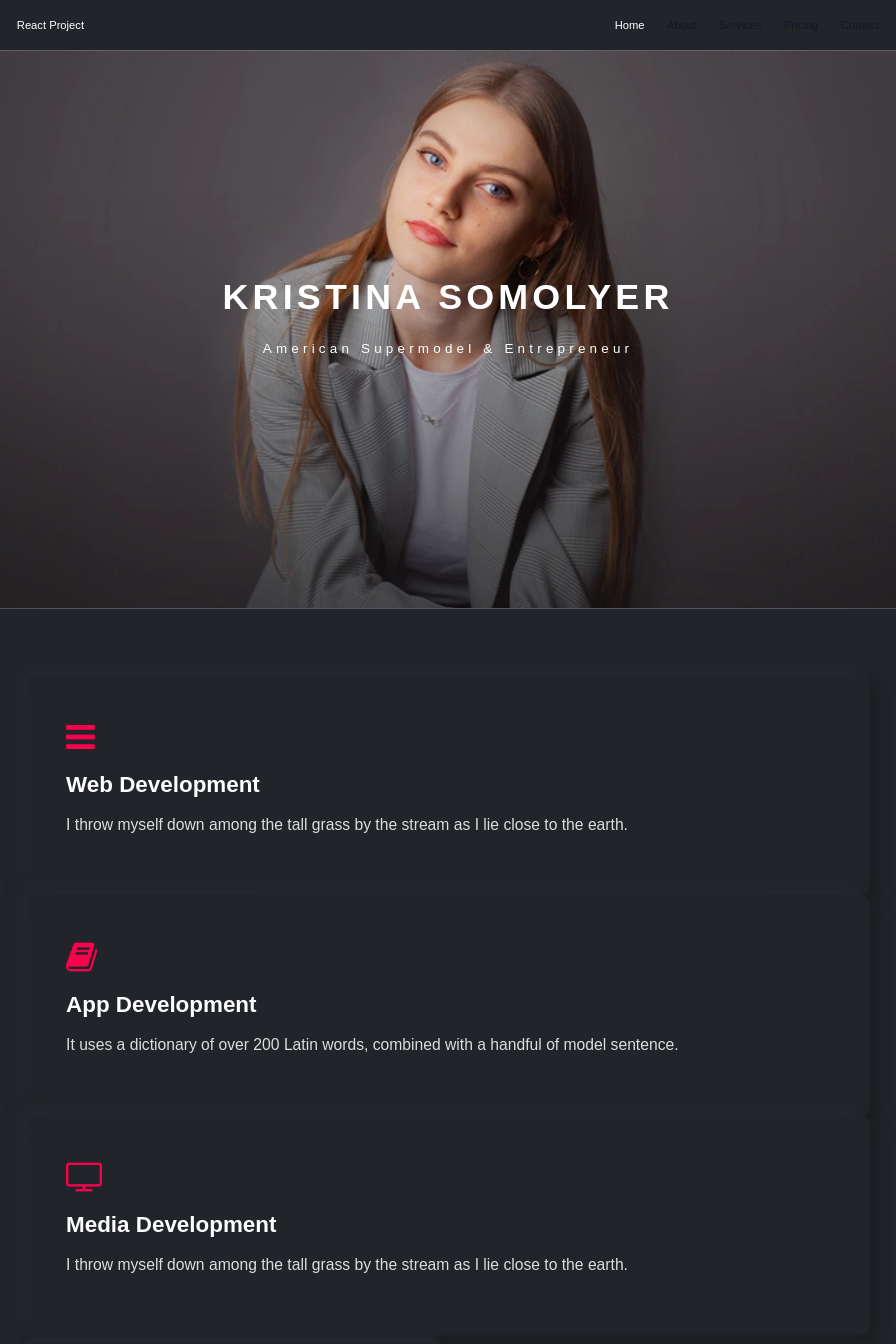
Repository: arminprogramme/inbio
Page: /
These files come from the project's save history. The page is drawn as it stood at one moment and after the next save; the edit follows.
The browser window is 1280 px wide. The pictures show the part of the page from y = 0 to 1920 px (the page is 2715 px tall before and 720 px after), at 70% of full size.
Some web libraries are served in a nearby version. The project was rebuilt for these pictures with package versions that can differ from the ones it lists, and the page was loaded fresh each time. Also part of the build but not shown: vite.config.js.

Above is the page before, as saved 2023-10-20 03:56:52.

### index.html
<!doctype html>
<html lang="en">

<head>
    <meta charset="UTF-8" />
    <link rel="icon" type="image/svg+xml" href="/vite.svg" />
    <link rel="stylesheet" href="https://cdnjs.cloudflare.com/ajax/libs/font-awesome/4.7.0/css/font-awesome.min.css">
    <link href="https://cdnjs.cloudflare.com/ajax/libs/flowbite/1.8.1/flowbite.min.css" rel="stylesheet" />
    <meta name="viewport" content="width=device-width, initial-scale=1.0" />
    <title>Vite + React</title>
</head>

<body>
    <div id="root"></div>
    <script src="https://cdnjs.cloudflare.com/ajax/libs/flowbite/1.8.1/flowbite.min.js"></script>
    <script type="module" src="/src/main.jsx"></script>
</body>

</html>

### src/App.jsx
import   { Component } from 'react';
import LandingPage from './Component/LandingPage.jsx'
import './App.css'

class App extends Component {


  render() {
    return (
    <div>
      <LandingPage />
    </div>
    );
  }


}

export default App;

### src/index.css
:root {
    font-family: Inter, system-ui, Avenir, Helvetica, Arial, sans-serif;
}

a {
    font-weight: 500;
    color: #646cff;
    text-decoration: inherit;
}

* {
    padding: 0;
    margin: 0;
    box-sizing: border-box;
}

@tailwind base;
@tailwind components;
@tailwind utilities;
a:hover {
    color: #535bf2;
}

body {
    margin: 0;
    font-family: 'Vazir', sans-serif;
}

h1 {
    font-size: 3.2em;
    line-height: 1.1;
}

@media (prefers-color-scheme: light) {
     :root {
        color: #213547;
        background-color: #ffffff;
    }
    a:hover {
        color: #747bff;
    }
    button {
        background-color: #f9f9f9;
    }
}

### src/Component/LandingPage.jsx
import  { Component } from 'react';
import Header from './Header/Header.jsx'
import Body from './Body/Body.jsx'
//import Footer from './Footer/Footer.jsx'
class LandingPage extends Component {
    render() {
        return (
            <div>
                <Header/>
                <Body/>

            </div>
        );
    }
}

export default LandingPage;

### src/Component/Header/Header.jsx
import  { Component } from 'react';
import NavBar from './Navbar.jsx'
import './Header.css'
class Header extends Component {
    render() {
        return (
            <div>
                <NavBar/>
                <div className="banner-header text-center">
                    <h1 className='font-bold text-white'>KRISTINA SOMOLYER</h1>
                    <p>American Supermodel & Entrepreneur</p>
                </div>
            </div>
        );
    }
}

export default Header;

### src/Component/Body/Body.jsx
import  { Component } from 'react';
import Services from './Services/Services.jsx'
import About from './About/About.jsx'
import './Body.css'
class Body extends Component {
    render() {
        return (
            <>
            <div className='black-bg '>
                <div className="limit-width">
                    <Services/>
                    <About/>
                </div>
            </div>
            </>
        );
    }
}

export default Body;

### src/Component/Header/Navbar.jsx
import  { Component } from 'react';

class Navbar extends Component {
    render() {
        return (
            <div>

<nav className=" black-bg">
  <div className="max-w-screen-xl flex flex-wrap items-center justify-between mx-auto p-6">
    <a href="https://.com/" className="flex items-center">
       <h2 className='text-white'>React Project</h2>
    </a>
    <button data-collapse-toggle="navbar-default" type="button"  className="inline-flex items-center p-2 w-10 h-10 justify-center text-sm text-white rounded-lg md:hidden " aria-controls="navbar-default" aria-expanded="false">
    <i className="fa fa-bars text-white"></i>

    </button>
    <div className="hidden w-full md:block md:w-auto" id="navbar-default">
      <ul className="font-medium flex flex-col p-4 md:p-0 mt-4 border border-gray-100 rounded-lg text-white md:flex-row md:space-x-8 md:mt-0 md:border-0 black-bg">
        <li>
          <a href="#" className="block py-2 pl-3 pr-4 text-white md:hover:text-gray-700 dark:text-white md:dark:hover:text-gray-500 rounded md:bg-transparent md:p-0 " aria-current="page">Home</a>
        </li>
        <li>
          <a href="#" className="block py-2 pl-3 pr-4 text-gray-900 rounded hover:bg-gray-100 md:hover:bg-transparent md:border-0 md:hover:text-gray-700 md:p-0 dark:text-white md:dark:hover:text-gray-500 dark:hover:bg-gray-700 dark:hover:text-white md:dark:hover:bg-transparent">About</a>
        </li>
        <li>
          <a href="#" className="block py-2 pl-3 pr-4 text-gray-900 rounded md:hover:text-gray-700 md:p-0 dark:text-white md:dark:hover:text-gray-500 dark:hover:bg-gray-700 dark:hover:text-white md:dark:hover:bg-transparent">Services</a>
        </li>
        <li>
          <a href="#" className="block py-2 pl-3 pr-4 text-gray-900 rounded hover:bg-gray-100 md:hover:bg-transparent md:border-0 md:hover:text-gray-700 md:p-0 dark:text-white md:dark:hover:text-gray-500 dark:hover:bg-gray-700 dark:hover:text-white md:dark:hover:bg-transparent">Pricing</a>
        </li>
        <li>
          <a href="#" className="block py-2 pl-3 pr-4 text-gray-900 rounded hover:bg-gray-100 md:hover:bg-transparent md:border-0md:hover:text-gray-700 md:p-0 dark:text-white md:dark:hover:text-gray-500 dark:hover:bg-gray-700 dark:hover:text-white md:dark:hover:bg-transparent">Contact</a>
        </li>
      </ul>
    </div>
  </div>
</nav>

            </div>
        );
    }
}

export default Navbar;

### src/Component/Header/Header.css
.black-bg {
    background-color: #212428;
}

.banner-header {
    background-image: url(../../../bg-image-12.webp);
    background-position: center;
    background-size: cover;
    padding: 20.25rem 0;
}

.banner-header h1 {
    letter-spacing: 6px;
    font-size: 3.2rem;
}

.banner-header p {
    letter-spacing: 6px;
    font-size: 1.2rem;
    padding: 2rem 0;
    color: #fff;
}

### src/Component/Body/Services/Services.jsx
import  { Component } from 'react';
import ServicesItem from './ServicesItem.jsx'
import './Services.css'
class Services extends Component {

    constructor(props){
        super(props)

        this.state = {
            services : [
                {id : 1 , icon : 'red-color fa fa-bars' , title : 'Web Development' , text : 'I throw myself down among the tall grass by the stream as I lie close to the earth.'},
                {id : 2 , icon : 'red-color fa fa-book' , title : 'App Development' , text : 'It uses a dictionary of over 200 Latin words, combined with a handful of model sentence.'},
                {id : 3 , icon : 'red-color fa fa-television' , title : 'Media Development' , text : 'I throw myself down among the tall grass by the stream as I lie close to the earth.'},
            ]
        }
    }
    render() {
        return (
            <div>
              <div className="grid  grid-cols-1 lg:grid-cols-3 gap-10">
              {this.state.services.map(services => {
                return <ServicesItem key={services.id} {...services} />
               })}
              </div>
            </div>
        );
    }
}

export default Services;

### src/Component/Body/About/About.jsx
import  { Component } from 'react';
import ButtonSpecial from '../Buttons/ButtonSpecial.jsx'
import   './About.css'
class About extends Component {

    constructor(props){
        super(props)

        this.state= {
            aboutButtonSp : 'Download My CV'
        }
    }
    render() {
        return (
            <div>
                <div className="about-container my-52 grid grid-cols-1 lg:grid-cols-2 gap-2">
                    <div className="img-about">
                        <div className="inner-img-about">
                            <img src="about-5.webp" className='rounded' alt="" />
                        </div>
                    </div>
                    <div className="content-about">
                        <h5 className='red-color'>VISIT MY PORTFOLIO & HIRE ME</h5>
                        <h2>About Me</h2>
                        <p>Lorem ipsum dolor sit amet, consectetur adipisicing elit. Eum in eos saepe ipsa cupiditate accusantium voluptatibus quidem nam, reprehenderit, et necessitatibus adipisci labore sit veritatis vero tempore sequi at sed facere dolore. Quae obcaecati ius quasi doloribus illum minus fugit.</p>
                        <p>Lorem ipsum dolor sit amet, consectetur adipisicing elit. Eum in eos saepe ipsa cupiditate accusantium voluptatibus quidem nam, reprehenderit,</p>

                       <div className="mx-2 button-about">
                       <ButtonSpecial/>
                       </div>
                    </div>
                </div>
            </div>
        );
    }
}

export default About;

### src/Component/Body/Body.css
.limit-width {
    max-width: 1450px;
    padding: 6rem 3% 3%;
    margin: auto;
}

### src/Component/Body/Services/ServicesItem.jsx
import { Component } from 'react';

class ServicesItem extends Component {
    render() {
        return (
            <div className='services-item'>
                <div className="icon-services">
                    <i className={this.props.icon}></i>
                </div>
                <div className="content-services">
                <h2 className='font-bold'>{this.props.title}</h2>
                <p>{this.props.text}</p>
                </div>
            </div>
        );
    }
}

export default ServicesItem;

### src/Component/Body/Services/Services.css
.icon-services i {
    font-size: 3rem;
}

.red-color {
    color: #f8024e;
}

.content-services {
    padding: 1.2rem 0;
    color: #FDFDFE;
}

.content-services h2 {
    font-size: 2rem;
    padding-bottom: 1rem;
}

.content-services p {
    line-height: 2.25rem;
    font-size: 1.4rem;
}

.services-item {
    border-radius: 12px;
    transition: 0.5s!important;
    padding: 4rem 3.5rem;
    background: #212428;
    box-shadow: 10px 10px 20px #1b1e21, -10px -10px 20px #272a2f;
    -webkit-transition: 0.5s!important;
    -moz-transition: 0.5s!important;
    -ms-transition: 0.5s!important;
    -o-transition: 0.5s!important;
    cursor: pointer;
}

.services-item:hover {
    border-radius: 12px;
    transform: translateY(-1.2rem);
    transition: 0.5s!important;
    background: linear-gradient(145deg, #23272b, #16171a);
    box-shadow: 10px 10px 13px #1b1e21, -10px -10px 13px #272a2f;
    -webkit-transition: 0.5s!important;
    -moz-transition: 0.5s!important;
    -ms-transition: 0.5s!important;
    -o-transition: 0.5s!important;
    -webkit-transform: translateY(-1.2rem);
    -moz-transform: translateY(-1.2rem);
    -ms-transform: translateY(-1.2rem);
    -o-transform: translateY(-1.2rem);
}

### src/Component/Body/Buttons/ButtonSpecial.jsx
import  { Component } from 'react';
import   './Buttons.css'
class ButtonSpecial extends Component {
    render() {
        return (
           <button className='sp-button red-color'>Submit</button>
        );
    }
}

export default ButtonSpecial;

### src/Component/Body/About/About.css
.inner-img-about,
.img-about {
    padding: 0.5rem;
    border-radius: 5px;
    max-width: 100%;
}

.inner-img-about {
    border-radius: 5px;
    background: #212428;
    box-shadow: 5px 5px 10px #17191c, -5px -5px 10px #2b2f34;
    -webkit-border-radius: 5px;
    -moz-border-radius: 5px;
    -ms-border-radius: 5px;
    -o-border-radius: 5px;
}

.inner-img-about img {
    width: 100%;
    border-radius: 5px!important;
    -webkit-border-radius: 5px!important;
    -moz-border-radius: 5px!important;
    padding: 1.5rem;
    -ms-border-radius: 5px!important;
    -o-border-radius: 5px!important;
}

.content-about {
    margin: 5.5rem 1.5rem;
}

.content-about h2,
p {
    color: #ddd;
}

.content-about h2 {
    font-size: 4rem;
    padding: 1rem 0;
    font-weight: bold;
}

.content-about p {
    font-size: 1.25rem;
    padding: 0.9rem;
}

### src/Component/Body/Buttons/Buttons.css
.sp-button {
    border-radius: 5px;
    background: linear-gradient(145deg, #1e2024, #23272b);
    box-shadow: 5px 5px 10px #17191c, -5px -5px 10px #2b2f34;
    padding: 1rem 2rem;
    font-size: 1.3rem;
    -webkit-border-radius: 5px;
    -moz-border-radius: 5px;
    letter-spacing: 2px;
    -ms-border-radius: 5px;
    transition: 0.3s;
    -o-border-radius: 5px;
    -webkit-transition: 0.3s;
    -moz-transition: 0.3s;
    -ms-transition: 0.3s;
    -o-transition: 0.3s;
}

.sp-button:hover {
    transition: 0.3s;
    border-radius: 5px;
    transform: translateY(-3px);
    background: linear-gradient(145deg, #23272b, #1e2024);
    box-shadow: 5px 5px 10px #17191c, -5px -5px 10px #2b2f34;
    -webkit-border-radius: 5px;
    -moz-border-radius: 5px;
    -ms-border-radius: 5px;
    -o-border-radius: 5px;
    -webkit-transition: 0.3s;
    -moz-transition: 0.3s;
    -ms-transition: 0.3s;
    -o-transition: 0.3s;
    -webkit-transform: translateY(-3px);
    -moz-transform: translateY(-3px);
    -ms-transform: translateY(-3px);
    -o-transform: translateY(-3px);
}

Loaded but not shown: src/main.jsx (common file); src/App.css (common file)

After the next save:
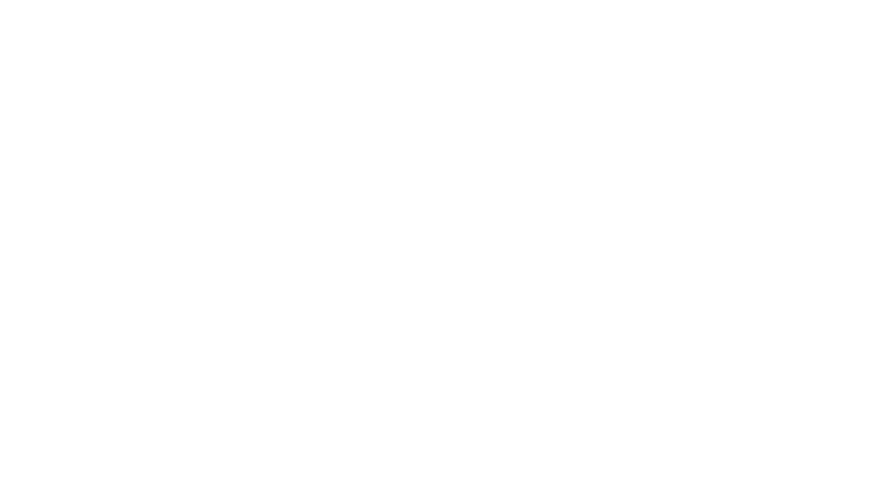
Console error: ReferenceError: ButtonSpecia is not defined
Saved 32 s later.
--- a/src/Component/Body/About/About.jsx
+++ b/src/Component/Body/About/About.jsx
@@ -26,7 +26,7 @@
                         <p>Lorem ipsum dolor sit amet, consectetur adipisicing elit. Eum in eos saepe ipsa cupiditate accusantium voluptatibus quidem nam, reprehenderit,</p>
 
                        <div className="mx-2 button-about">
-                       <ButtonSpecial/>
+                       <ButtonSpecia {...this.state.aboutButtonSp}l/>
                        </div>
                     </div>
                 </div>

After the 3 saves that followed:
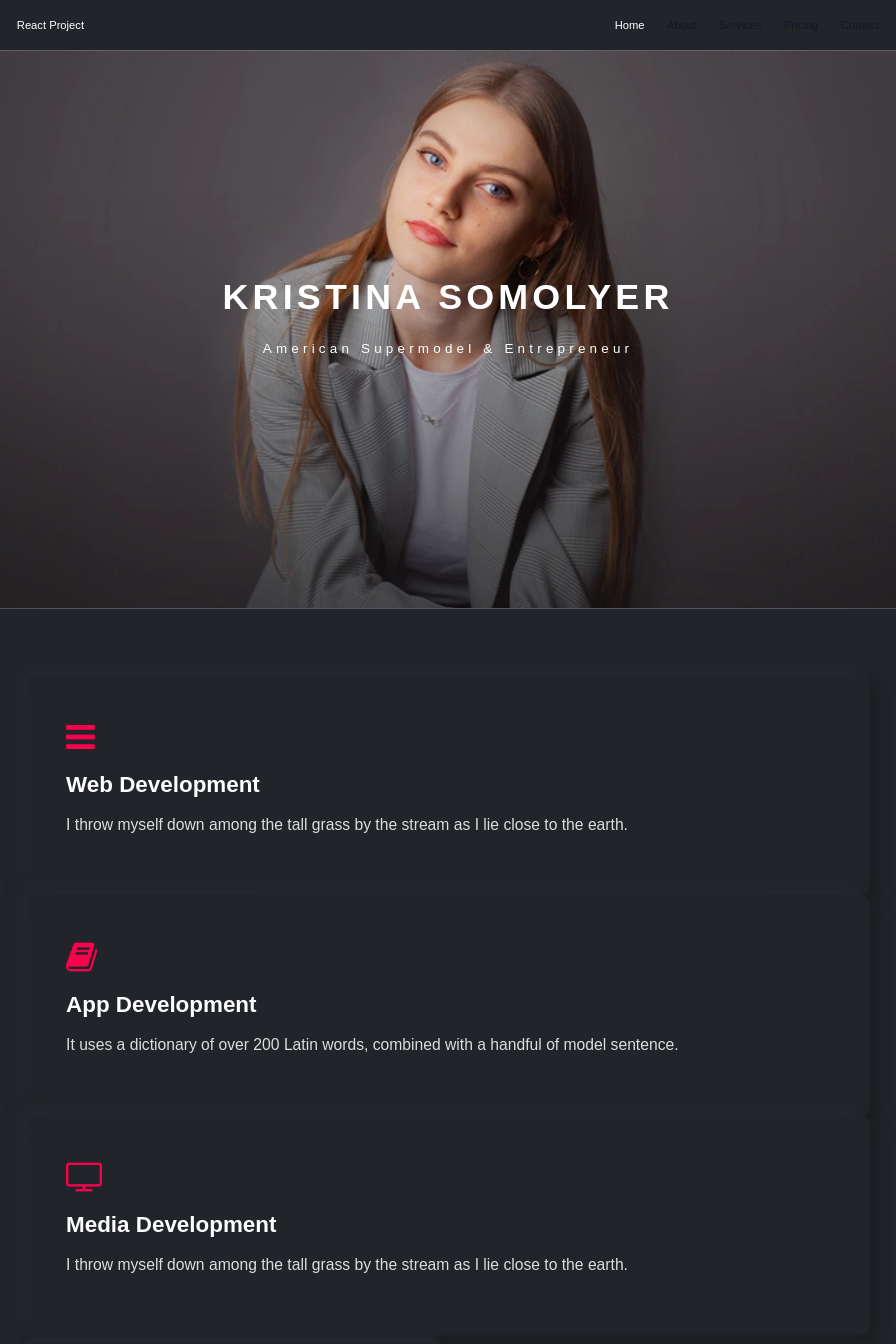
The error is gone.
The 3 saves are shown as one change because 2 left the picture as it was.
The last was saved 71 s later.
--- a/src/Component/Body/About/About.jsx
+++ b/src/Component/Body/About/About.jsx
@@ -7,7 +7,7 @@
         super(props)
 
         this.state= {
-            aboutButtonSp : 'Download My CV'
+            title : 'Download My CV'
         }
     }
     render() {
@@ -26,7 +26,7 @@
                         <p>Lorem ipsum dolor sit amet, consectetur adipisicing elit. Eum in eos saepe ipsa cupiditate accusantium voluptatibus quidem nam, reprehenderit,</p>
 
                        <div className="mx-2 button-about">
-                       <ButtonSpecia {...this.state.aboutButtonSp}l/>
+                       <ButtonSpecial {...this.state.title}l/>
                        </div>
                     </div>
                 </div>
